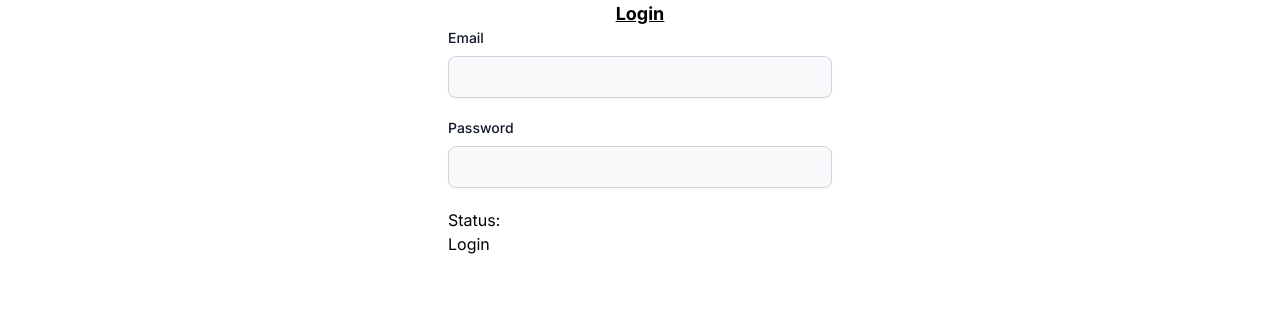
Repository: fatimash2123/next-todo
Page: /login
These files come from the project's save history. The page is drawn as it stood at one moment and after the next save; the edit follows.
The browser window is 1280 px wide. The pictures show the whole page.
The project was rebuilt for these pictures with package versions that can differ from the ones it lists, and the page was loaded fresh each time. The framework's server and built-in components were replaced by stand-ins that run in the browser. Also part of the build but not shown: next.config.mjs.

Above is the page before, as saved 2024-02-14 11:30:24.

After the next save:
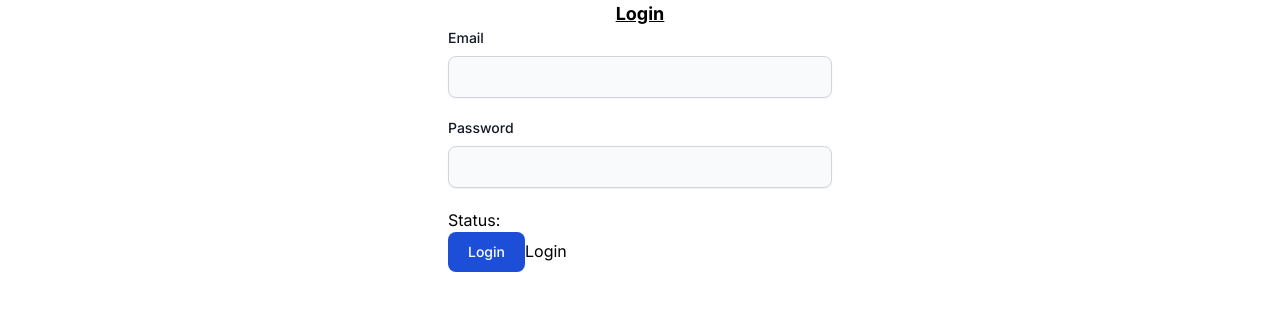
Saved 72 s later.
--- a/components/LoginForm.tsx
+++ b/components/LoginForm.tsx
@@ -14,7 +14,7 @@ export default function LoginForm() {
       {/*  @ts-ignore */}
       {/* <div>{errorMessage && <p>{errorMessage} ii</p>}</div> */}
       <p>Status:{errorMessage}</p>
-      {/* <Button title={"Login"} /> */}
+      <Button title={"Login"} />
       <LoginButton />
     </form>
   );
